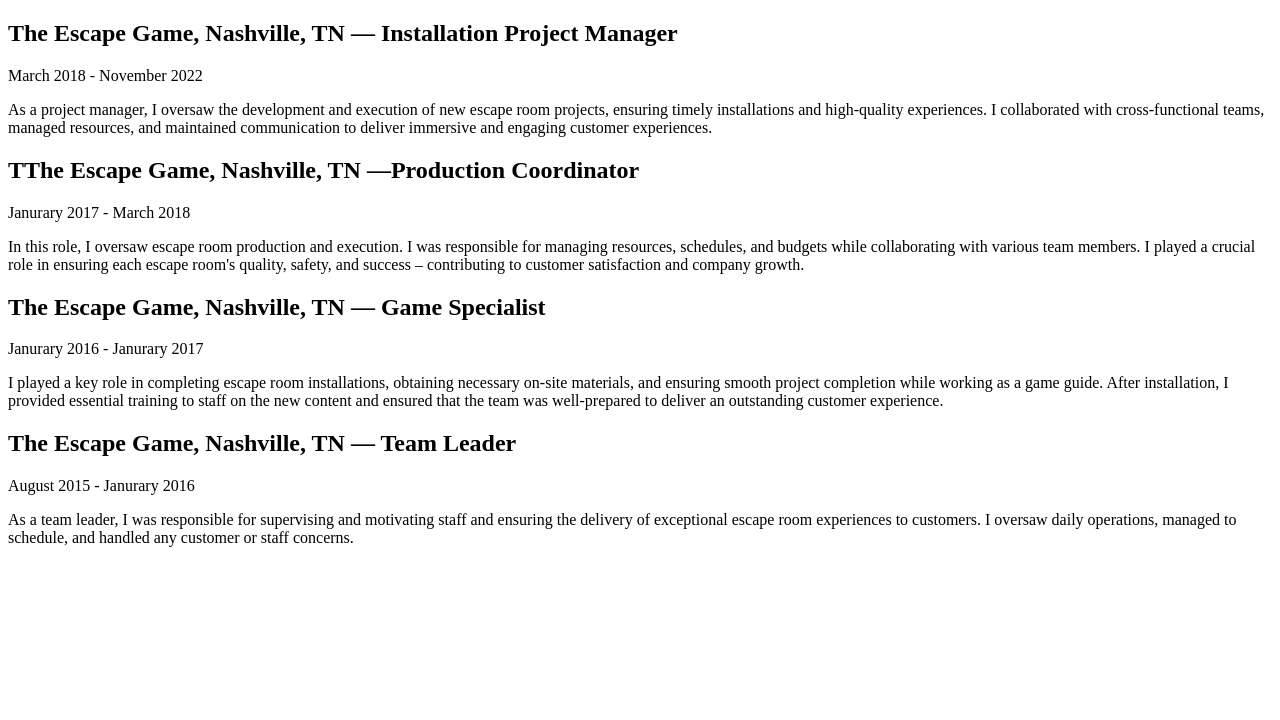
Repository: jgramirez0210/LAB-HTML-Resume
Page: index.html
The author's editor kept a copy of each file at every save. The page is drawn from the files as they stood at one save, then again after the next save.
The browser window is 1280 px wide. The pictures show the whole page.

Above is the page before, as saved 2023-10-09 21:26:22.

### index.html
<!DOCTYPE html>
<html lang="en">
<head>
  <meta charset="UTF-8">
  <meta name="viewport" content="width=device-width, initial-scale=1.0">
  <title>Jesse's Work Experience</title>
</head>
<body>
  <article>
    <h2>The Escape Game, Nashville, TN — Installation Project Manager </h2>
    <time datetime="2018-03" >March 2018</time> - <time datetime="2022-10" >November 2022</time></time>
    <p>As a project manager, I oversaw the development and execution of new escape room projects, ensuring timely installations and high-quality experiences. I collaborated with cross-functional teams, managed resources, and maintained communication to deliver immersive and engaging customer experiences.</p>
  </article>
  <article>
    <h2>TThe Escape Game, Nashville, TN —Production Coordinator</h2>
    <time datetime="2017-01" >Janurary 2017</time> - <time datetime="2018-3" >March 2018</time></time>
    <p>In this role, I oversaw escape room production and execution. I was responsible for managing resources, schedules, and budgets while collaborating with various team members. I played a crucial role in ensuring each escape room's quality, safety, and success – contributing to customer satisfaction and company growth.
    </p>
  </article>
  <article>
    <h2>The Escape Game, Nashville, TN — Game Specialist</h2>
    <time datetime="2016-01" >Janurary 2016</time> - <time datetime="2017-01" >Janurary 2017</time></time>
    <p>I played a key role in completing escape room installations, obtaining necessary on-site materials, and ensuring smooth project completion while working as a game guide. After installation, I provided essential training to staff on the new content and ensured that the team was well-prepared to deliver an outstanding customer experience.
    </p>
  </article>
  <article>
    <h2>The Escape Game, Nashville, TN — Team Leader</h2>
    <time datetime="2015-08" >August 2015</time> - <time datetime="2016-01" >Janurary 2016</time></time>
    <p>As a team leader, I was responsible for supervising and motivating staff and ensuring the delivery of exceptional escape room experiences to customers. I oversaw daily operations, managed to schedule, and handled any customer or staff concerns.
    </p>
  </article>
</body>
</html>

After the next save:
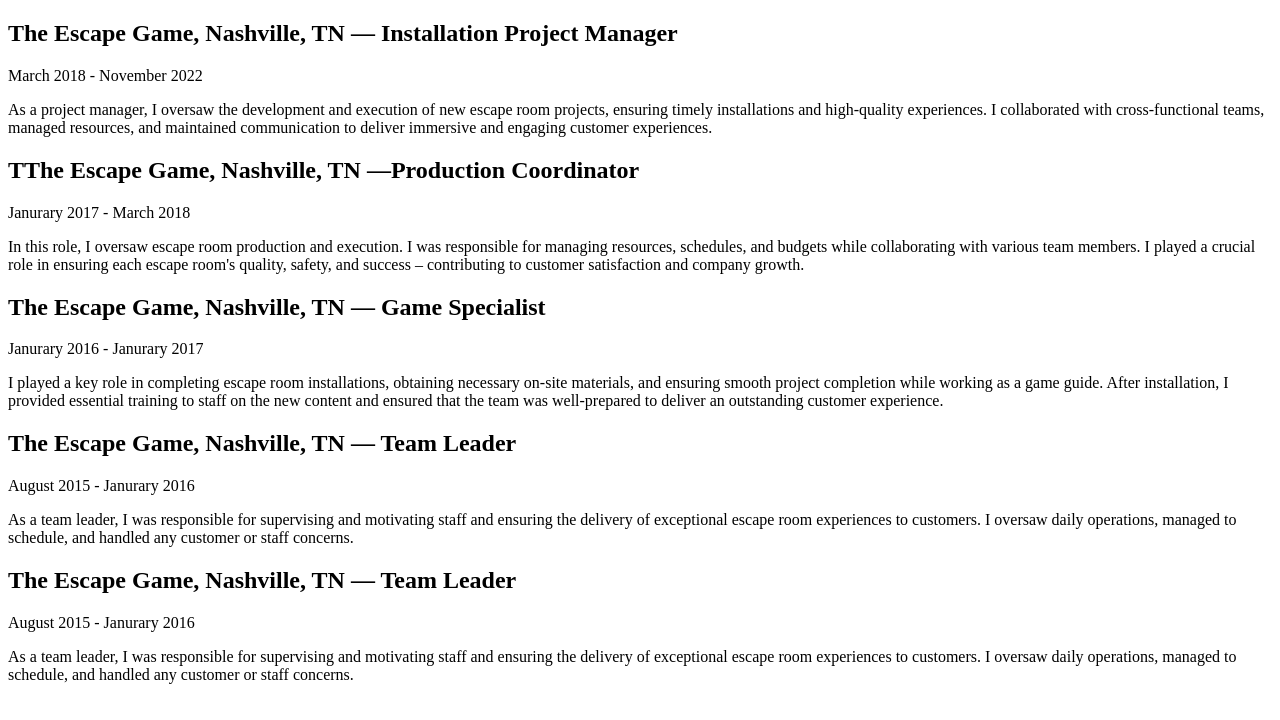
Saved 5 s later.
--- a/index.html
+++ b/index.html
@@ -29,5 +29,11 @@
     <p>As a team leader, I was responsible for supervising and motivating staff and ensuring the delivery of exceptional escape room experiences to customers. I oversaw daily operations, managed to schedule, and handled any customer or staff concerns.
     </p>
   </article>
+  <article>
+    <h2>The Escape Game, Nashville, TN — Team Leader</h2>
+    <time datetime="2015-08" >August 2015</time> - <time datetime="2016-01" >Janurary 2016</time></time>
+    <p>As a team leader, I was responsible for supervising and motivating staff and ensuring the delivery of exceptional escape room experiences to customers. I oversaw daily operations, managed to schedule, and handled any customer or staff concerns.
+    </p>
+  </article>
 </body>
 </html>
